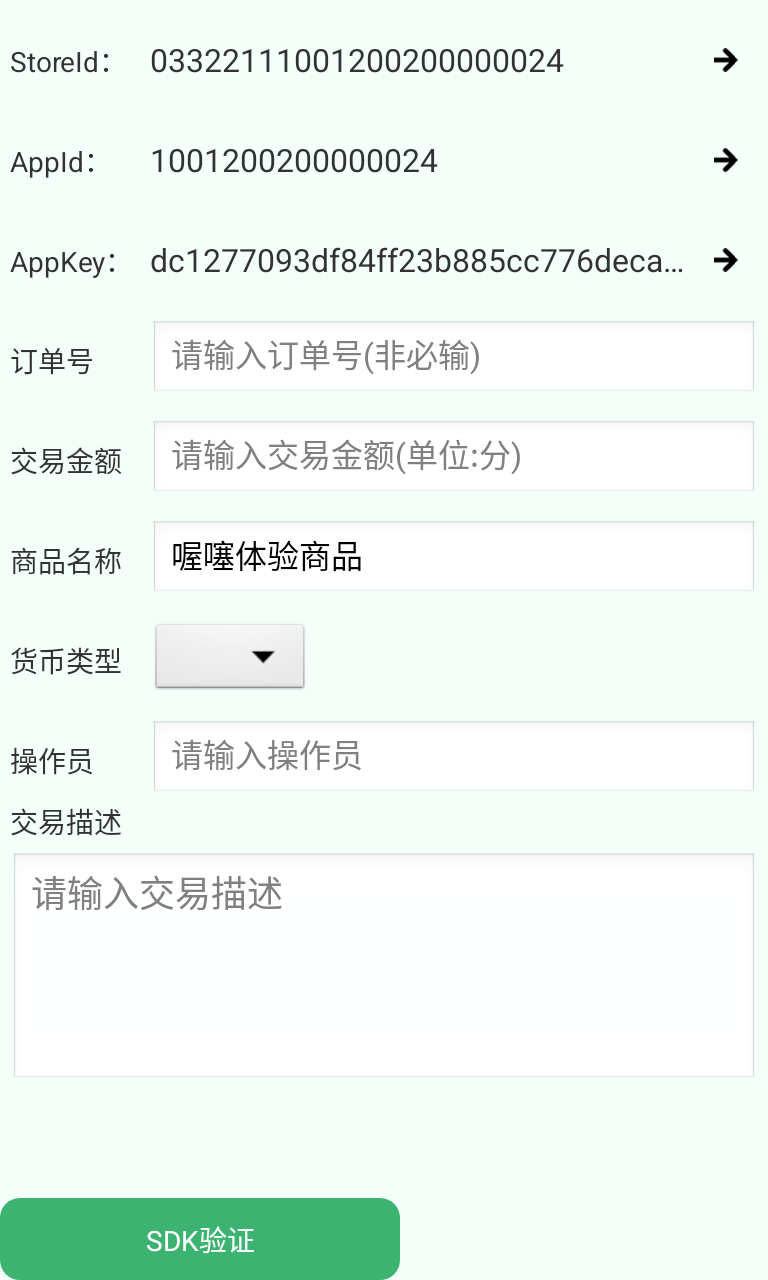
Repository: blanks1314/sysnc_android
Layout: UpayDemo/res/layout/fragment_setting.xml
These files come from the project's save history. The layout is drawn as it stood at one moment and after the next save; the edit follows.
It is drawn on a 768 x 1280 px phone screen (xhdpi) without system bars, with theme AppTheme; the app's code is not run.

Above is the layout before, as saved 2015-04-30 02:06:04.

After the next save:
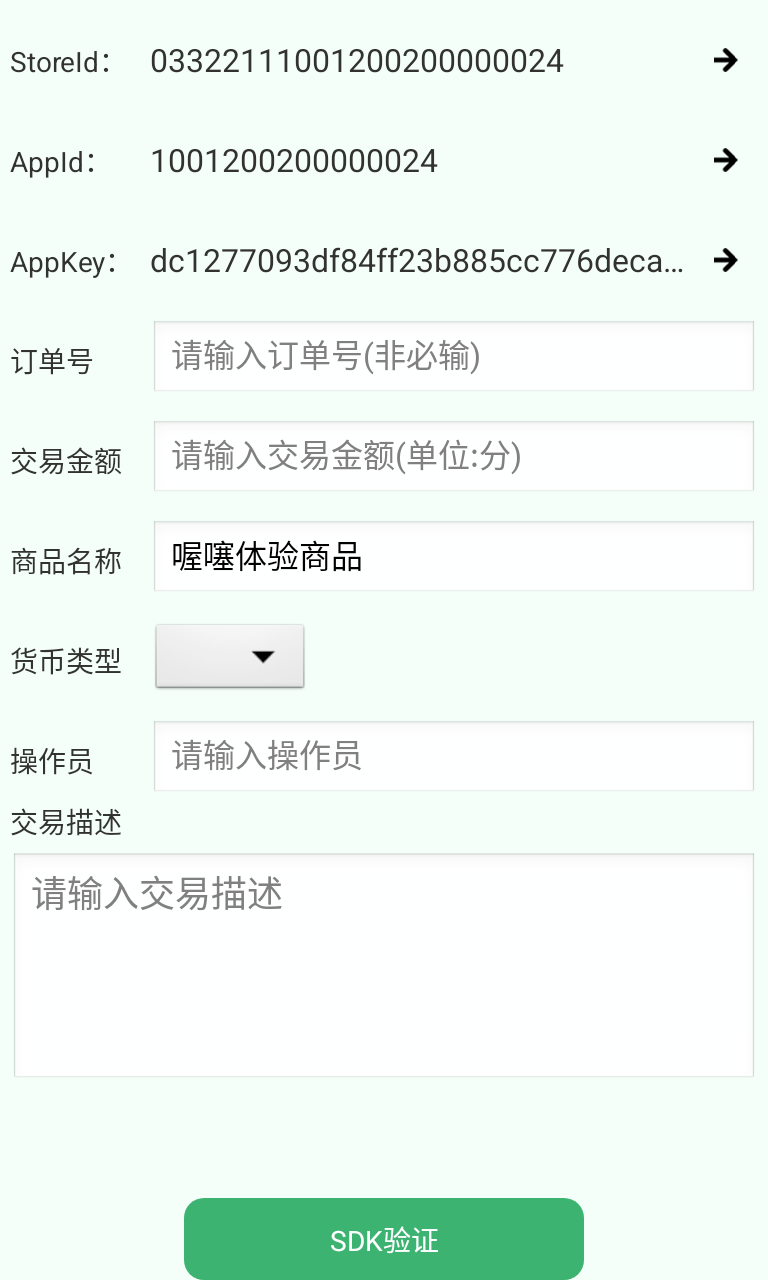
Saved 7 min 9 s later.
--- a/UpayDemo/res/layout/fragment_setting.xml
+++ b/UpayDemo/res/layout/fragment_setting.xml
@@ -148,6 +148,7 @@
         android:id="@+id/btn_check"
         style="@style/btn_style_1"
         android:layout_marginTop="50dp"
-        android:text="SDK验证" />
+        android:text="SDK验证"
+        android:layout_gravity="center_horizontal"/>
 
 </LinearLayout>
